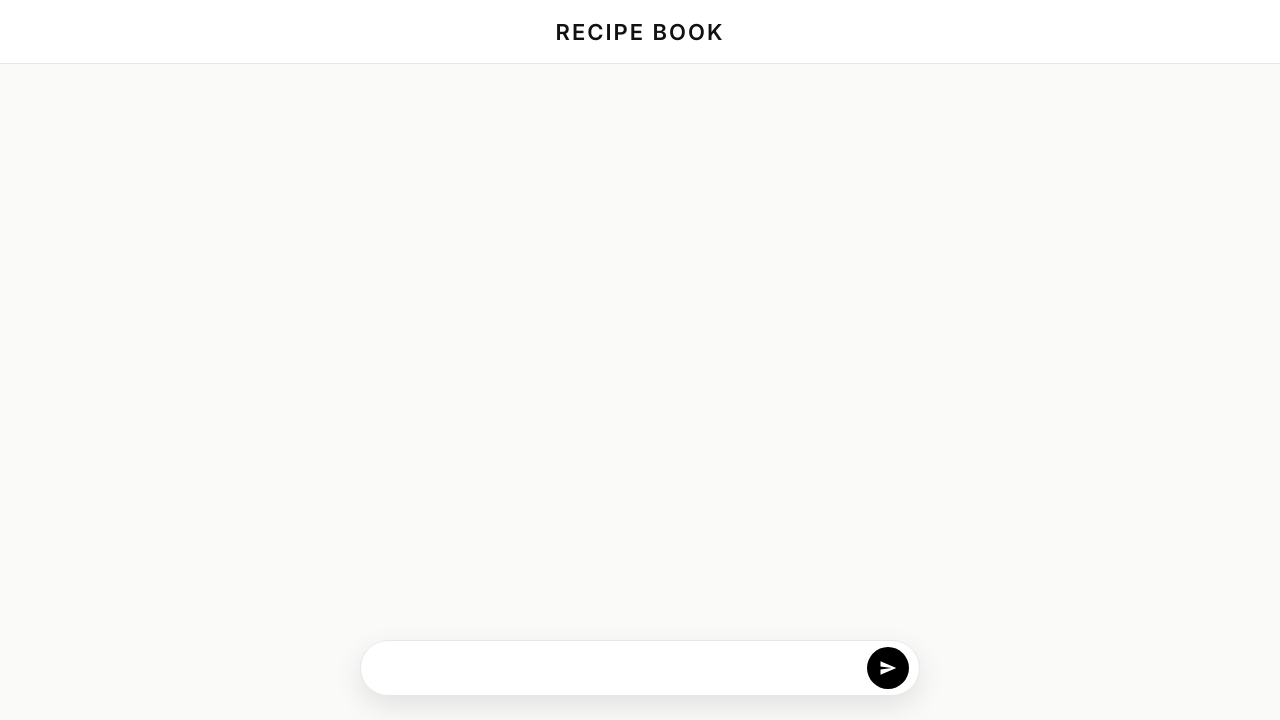
Repository: Tanvir0072309/Recipe-App
Page: /
These files come from the project's save history. The page is drawn as it stood at one moment and after the next save; the edit follows.
The browser window is 1280 px wide. The pictures show the whole page.
The project was rebuilt for these pictures with package versions that can differ from the ones it lists, and the page was loaded fresh each time. Also part of the build but not shown: vite.config.js.

Above is the page before, as saved 2026-01-26 12:59:28.

### index.html
<!doctype html>
<html lang="en">
  <head>
    <meta charset="UTF-8" />
    <meta name="viewport" content="width=device-width, initial-scale=1.0" />
    <title>Recipe App</title>
  </head>
  <body>
    <div id="root"></div>
    <script type="module" src="/src/index.jsx"></script>
  </body>
</html>

### src/index.jsx
import React from "react";
import ReactDOM from "react-dom/client";
import { Header } from "./components/header";
import { RecipeInput } from "./components/RecipeInput";
import "./index.css";
import MyMain from "./components/main";

const root = ReactDOM.createRoot(document.getElementById("root"));

root.render(
    <React.StrictMode>
        <Header />
        <MyMain />
    </React.StrictMode>
);

### src/components/header.jsx
import React from "react";
import "../index.css"; // kyunki index.css src me hai

export function Header() {
    return (
        <header className="ai-header">
            <h1 className="app-title">RECIPE BOOK</h1>
        </header>
    );
}

### src/components/RecipeInput.jsx
import { useState, useRef } from "react";
import "../index.css";
import React from "react";

export function RecipeInput({ onAdd }) {
    const [text, setText] = useState("");
    const inputRef = useRef(null);

    const handleSubmit = (e) => {
        e.preventDefault();

        if (text.trim() === "") return;

        onAdd(text);     // ✅ array me ja raha
        setText("");     // ✅ input clear

        inputRef.current.focus(); // ✅ cursor back
    };

    function handleChange() {
        setResult(prev => !prev);
    }

    return (
        <form onSubmit={handleSubmit}>
            <div className="floating-input">
                <input
                    ref={inputRef}
                    type="text"
                    value={text}
                    onChange={(e) => setText(e.target.value)}
                    autoFocus
                />
                <button onClick={handleChange} type="submit" aria-label="submit">
                    {/* FIXED ICON */}
                    <svg
                        width="18"
                        height="18"
                        viewBox="0 0 24 24"
                        fill="white"
                    >
                        <path d="M2 21L23 12L2 3V10L17 12L2 14Z" />
                    </svg>
                </button>
            </div>
        </form>
    );
}

### src/index.css
/* ===== GOOGLE FONT ===== */
@import url("https://fonts.googleapis.com/css2?family=Inter:wght@400;500;600;700&display=swap");

/* ===== RESET ===== */
* {
  margin: 0;
  padding: 0;
  box-sizing: border-box;
  font-family: "Inter", system-ui, sans-serif;
}

/* ===== PAGE ===== */
body {
  background: #fafaf8;
  color: #111111;
  min-height: 100vh;
}

/* ===== HEADER ===== */
.ai-header {
  height: 64px;
  width: 100%;
  background: #ffffff;

  display: flex;
  align-items: center;
  justify-content: center;
  gap: 12px;

  border-bottom: 1px solid #e5e7eb;
}

.logo-icon {
  font-size: 20px;
  opacity: 0.85;
}

.app-title {
  font-size: 22px;
  font-weight: 600;
  letter-spacing: 2px;
  text-transform: uppercase;
}

/* ===== FLOATING INPUT ===== */
.floating-input {
  position: fixed;
  bottom: 24px;
  left: 50%;
  transform: translateX(-50%);

  width: min(92%, 560px);
  height: 56px;

  background: #ffffff;
  border: 1px solid #e5e7eb;
  border-radius: 999px;

  display: flex;
  align-items: center;
  padding: 8px 10px 8px 18px;

  box-shadow: 0 12px 32px rgba(0, 0, 0, 0.1);
}

/* ===== INPUT ===== */
.floating-input input {
  flex: 1;
  border: none;
  outline: none;
  font-size: 15px;
  background: transparent;
  color: #111111;
}

/* ===== BUTTON ===== */
.floating-input button {
  width: 42px;
  height: 42px;
  border-radius: 50%;
  border: none;

  background: #000000;
  color: #ffffff;
  font-size: 18px;

  cursor: pointer;
  display: flex;
  align-items: center;
  justify-content: center;
}

.floating-input button:hover {
  opacity: 0.9;
}

/* ===== RECIPE LIST ===== */
/* ===== FLOATING INPUT ===== */
.floating-input {
  position: fixed;
  bottom: 24px;
  left: 50%;
  transform: translateX(-50%);

  width: min(92%, 560px);
  height: 56px;

  background: #ffffff;
  border-radius: 999px;

  display: flex;
  align-items: center;
  padding: 8px 10px 8px 18px;

  box-shadow: 0 10px 28px rgba(0, 0, 0, 0.1);
}

/* ===== INPUT (CURSOR ONLY) ===== */
.floating-input input {
  flex: 1;
  border: none;
  outline: none;
  background: transparent;

  font-size: 15px;
  color: #111111;
  caret-color: #000000;
  /* 👈 cursor line */
}

/* remove default focus styles */
.floating-input input:focus {
  outline: none;
  box-shadow: none;
}

/* ===== BUTTON ===== */
.floating-input button {
  width: 42px;
  height: 42px;
  border-radius: 50%;
  border: none;

  background: #000000;
  cursor: pointer;

  display: flex;
  align-items: center;
  justify-content: center;
}

/* index.css mein check karein */
ul {
  list-style: disc;
  margin: 20px;
  color: black;
  /* Ensure text color is visible */
}

li {
  padding: 10px;
  border-bottom: 1px solid #eee;
}

### src/components/main.jsx
import { useState } from "react";
import { RecipeInput } from "./RecipeInput";
import React from "react";

export default function Main() {
    const [items, setItems] = useState([]);


    const addItem = (value) => {
        setItems((prev) => [...prev, value]);
    };

    return (
        <>
            <div style={{ paddingBottom: "120px" }}>
                <ul>
                    {items.map((item, i) => (
                        <li key={i}>{item}</li>
                    ))}
                </ul>
            </div>

            <RecipeInput onAdd={addItem} />
        </>
    );
}

After the next save:
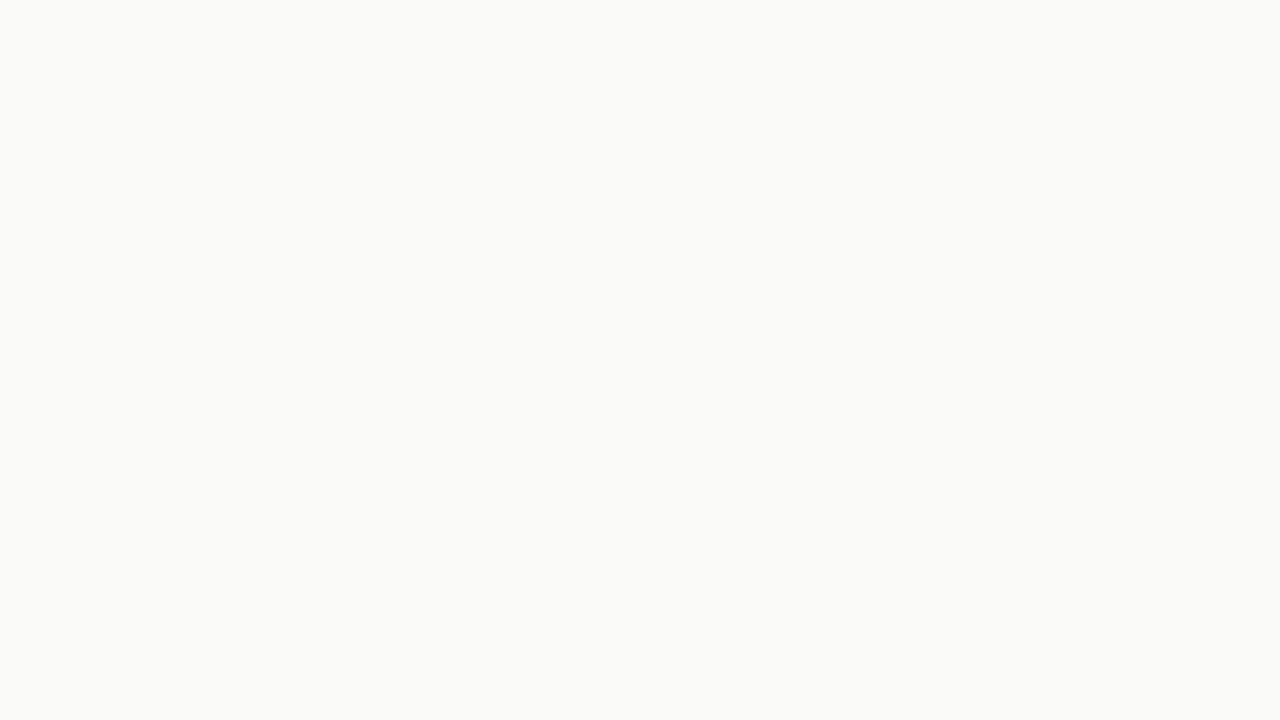
Console error: ReferenceError: handleChange is not defined
Saved 5 s later.
--- a/src/components/RecipeInput.jsx
+++ b/src/components/RecipeInput.jsx
@@ -17,9 +17,7 @@
         inputRef.current.focus(); // ✅ cursor back
     };
 
-    function handleChange() {
-        setResult(prev => !prev);
-    }
+
 
     return (
         <form onSubmit={handleSubmit}>

After the save that followed:
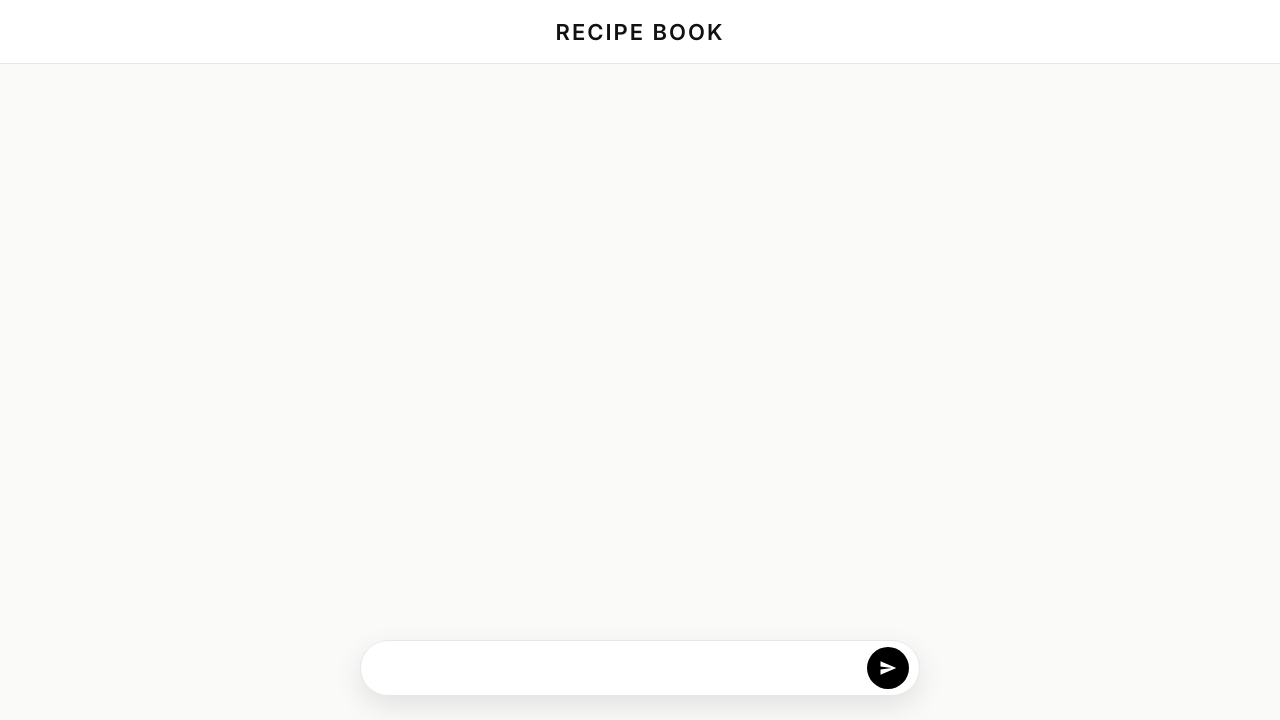
The error is gone.
Saved 5 s later.
--- a/src/components/RecipeInput.jsx
+++ b/src/components/RecipeInput.jsx
@@ -29,7 +29,7 @@
                     onChange={(e) => setText(e.target.value)}
                     autoFocus
                 />
-                <button onClick={handleChange} type="submit" aria-label="submit">
+                <button type="submit" aria-label="submit">
                     {/* FIXED ICON */}
                     <svg
                         width="18"
